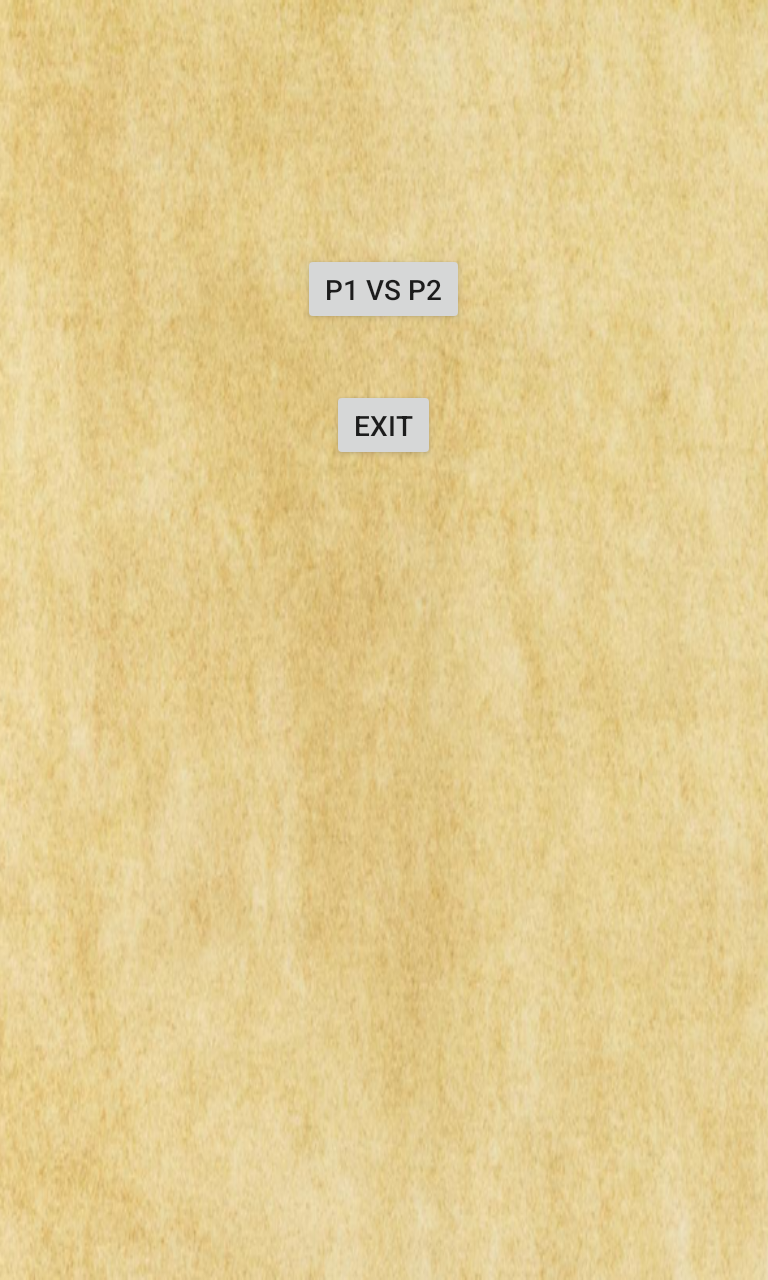
Repository: dtakiy/jogovelha
Layout: games/res/layout/activity_main.xml
An editor plug-in stored every save of this project. The layout is shown before and after the next save, followed by the edit.
It is drawn on a 768 x 1280 px phone screen (xhdpi) without system bars, with theme AppTheme; the app's code is not run.

Above is the layout before, as saved 2014-09-18 01:17:23.

After the next save:
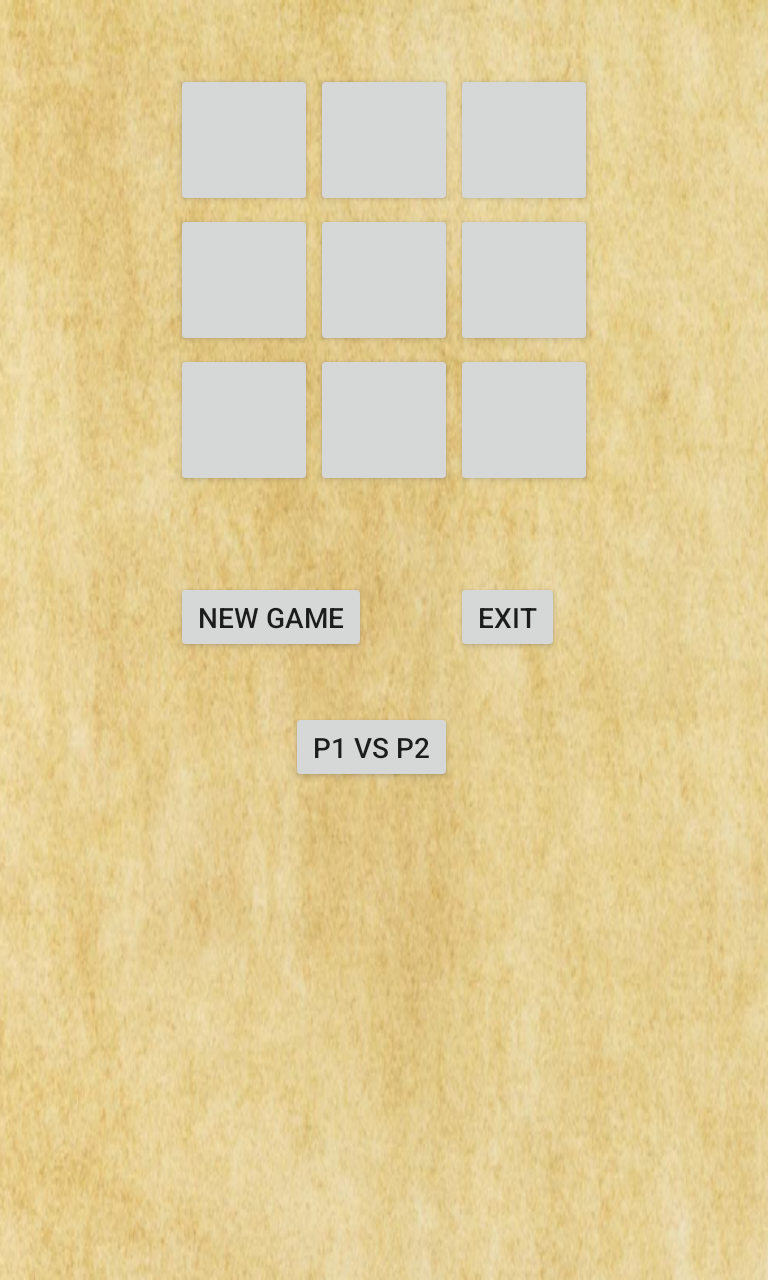
Saved 16 s later.
--- a/games/res/layout/activity_main.xml
+++ b/games/res/layout/activity_main.xml
@@ -9,26 +9,125 @@
     android:paddingTop="@dimen/activity_vertical_margin"
     tools:context="com.example.games.MainActivity" >
 
-    <Button
-        android:id="@+id/sair"
-        android:layout_width="wrap_content"
-        android:layout_height="wrap_content"
-        android:layout_below="@+id/p1"
-        android:layout_centerHorizontal="true"
-        android:layout_marginTop="29dp"
-        android:minHeight="20dip"
-        android:minWidth="20dip"
-        android:text="@string/sair" />
 
-    <Button
-        android:id="@+id/p1"
-        android:layout_width="wrap_content"
-        android:layout_height="wrap_content"
-        android:layout_alignParentTop="true"
-        android:layout_centerHorizontal="true"
-        android:layout_marginTop="109dp"
-        android:minHeight="20dip"
-        android:minWidth="20dip"
-        android:text="@string/p1" />
+	<Button
+	    android:id="@+id/quadrado6"
+	    android:layout_width="wrap_content"
+	    android:layout_height="wrap_content"
+	    android:layout_alignBaseline="@+id/quadrado5"
+	    android:layout_alignBottom="@+id/quadrado5"
+	    android:layout_toRightOf="@+id/quadrado5"
+	    android:minHeight="70dip"
+	    android:minWidth="70dip" />
+
+	<Button
+	    android:id="@+id/quadrado8"
+	    android:layout_width="wrap_content"
+	    android:layout_height="wrap_content"
+	    android:layout_alignBaseline="@+id/quadrado7"
+	    android:layout_alignBottom="@+id/quadrado7"
+	    android:layout_toRightOf="@+id/quadrado4"
+	    android:minHeight="70dip"
+	    android:minWidth="70dip" />
+
+	<Button
+	    android:id="@+id/quadrado3"
+	    android:layout_width="wrap_content"
+	    android:layout_height="wrap_content"
+	    android:layout_alignLeft="@+id/quadrado9"
+	    android:layout_below="@+id/quadrado5"
+	    android:minHeight="70dip"
+	    android:minWidth="70dip" />
+
+	<Button
+	    android:id="@+id/quadrado5"
+	    android:layout_width="wrap_content"
+	    android:layout_height="wrap_content"
+	    android:layout_below="@+id/quadrado1"
+	    android:layout_toRightOf="@+id/quadrado1"
+	    android:minHeight="70dip"
+	    android:minWidth="70dip" />
+
+	<Button
+	    android:id="@+id/quadrado2"
+	    android:layout_width="wrap_content"
+	    android:layout_height="wrap_content"
+	    android:layout_alignBaseline="@+id/quadrado9"
+	    android:layout_alignBottom="@+id/quadrado9"
+	    android:layout_centerHorizontal="true"
+	    android:minHeight="70dip"
+	    android:minWidth="70dip" />
+
+	<Button
+	    android:id="@+id/quadrado1"
+	    android:layout_width="wrap_content"
+	    android:layout_height="wrap_content"
+	    android:layout_alignBaseline="@+id/quadrado2"
+	    android:layout_alignBottom="@+id/quadrado2"
+	    android:layout_toLeftOf="@+id/quadrado2"
+	    android:minHeight="70dip"
+	    android:minWidth="70dip" />
+
+	<Button
+	    android:id="@+id/quadrado9"
+	    android:layout_width="wrap_content"
+	    android:layout_height="wrap_content"
+	    android:layout_alignTop="@+id/camporesultado"
+	    android:layout_marginTop="19dp"
+	    android:layout_toRightOf="@+id/quadrado2"
+	    android:minHeight="70dip"
+	    android:minWidth="70dip" />
+
+	<Button
+	    android:id="@+id/quadrado4"
+	    android:layout_width="wrap_content"
+	    android:layout_height="wrap_content"
+	    android:layout_above="@+id/quadrado3"
+	    android:layout_toLeftOf="@+id/quadrado5"
+	    android:minHeight="70dip"
+	    android:minWidth="70dip" />
+
+	<Button
+	    android:id="@+id/quadrado7"
+	    android:layout_width="wrap_content"
+	    android:layout_height="wrap_content"
+	    android:layout_alignBaseline="@+id/quadrado3"
+	    android:layout_alignBottom="@+id/quadrado3"
+	    android:layout_toLeftOf="@+id/quadrado8"
+	    android:minHeight="70dip"
+	    android:minWidth="70dip" />
+
+		<Button
+		    android:id="@+id/newgame"
+		    android:layout_width="wrap_content"
+		    android:layout_height="wrap_content"
+		    android:layout_alignBaseline="@+id/sair"
+		    android:layout_alignBottom="@+id/sair"
+		    android:layout_alignLeft="@+id/quadrado7"
+		    android:minHeight="20dip"
+		    android:minWidth="20dip"
+		    android:text="@string/newgame" />
+
+		<Button
+		    android:id="@+id/sair"
+		    android:layout_width="wrap_content"
+		    android:layout_height="wrap_content"
+		    android:layout_alignLeft="@+id/quadrado3"
+		    android:layout_below="@+id/quadrado3"
+		    android:layout_marginTop="44dp"
+		    android:minHeight="20dip"
+		    android:minWidth="20dip"
+		    android:text="@string/sair" />
+
+	  <Button
+	      android:id="@+id/p1"
+	      android:layout_width="wrap_content"
+	      android:layout_height="wrap_content"
+	      android:layout_below="@+id/newgame"
+	      android:layout_marginTop="26dp"
+	      android:layout_toLeftOf="@+id/sair"
+	      android:minHeight="20dip"
+	      android:minWidth="20dip"
+	      android:text="@string/p1" />
 
 </RelativeLayout>
